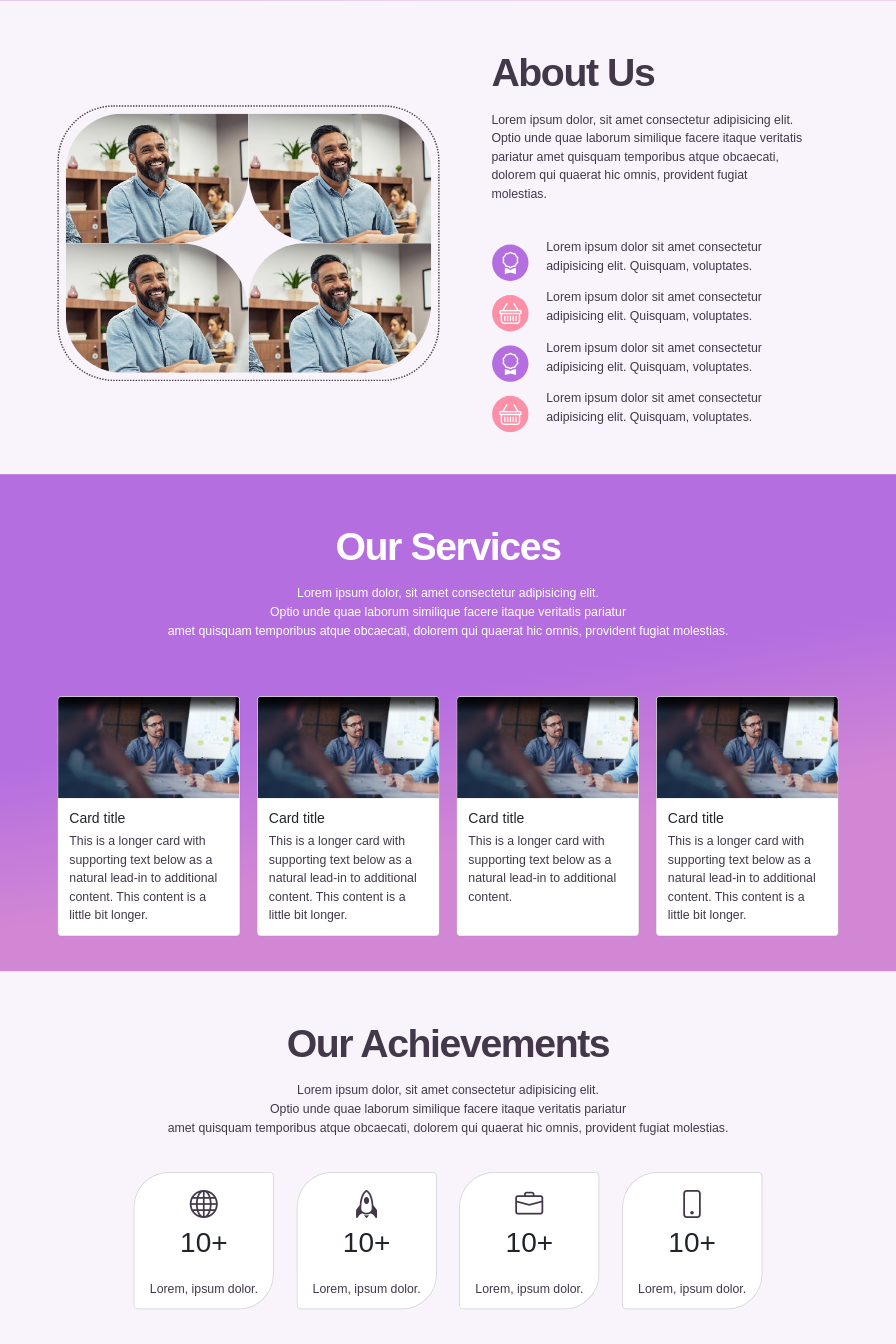
Repository: tagnam/project27012025
Page: index.html
These files come from the project's save history. The page is drawn as it stood at one moment and after the next save; the edit follows.
The browser window is 1280 px wide. The pictures show the part of the page from y = 739 to 2659 px (the page is 2659 px tall before and 2649 px after), at 70% of full size.

Above is the page before, as saved 2025-01-28 12:26:38.

After the next save:
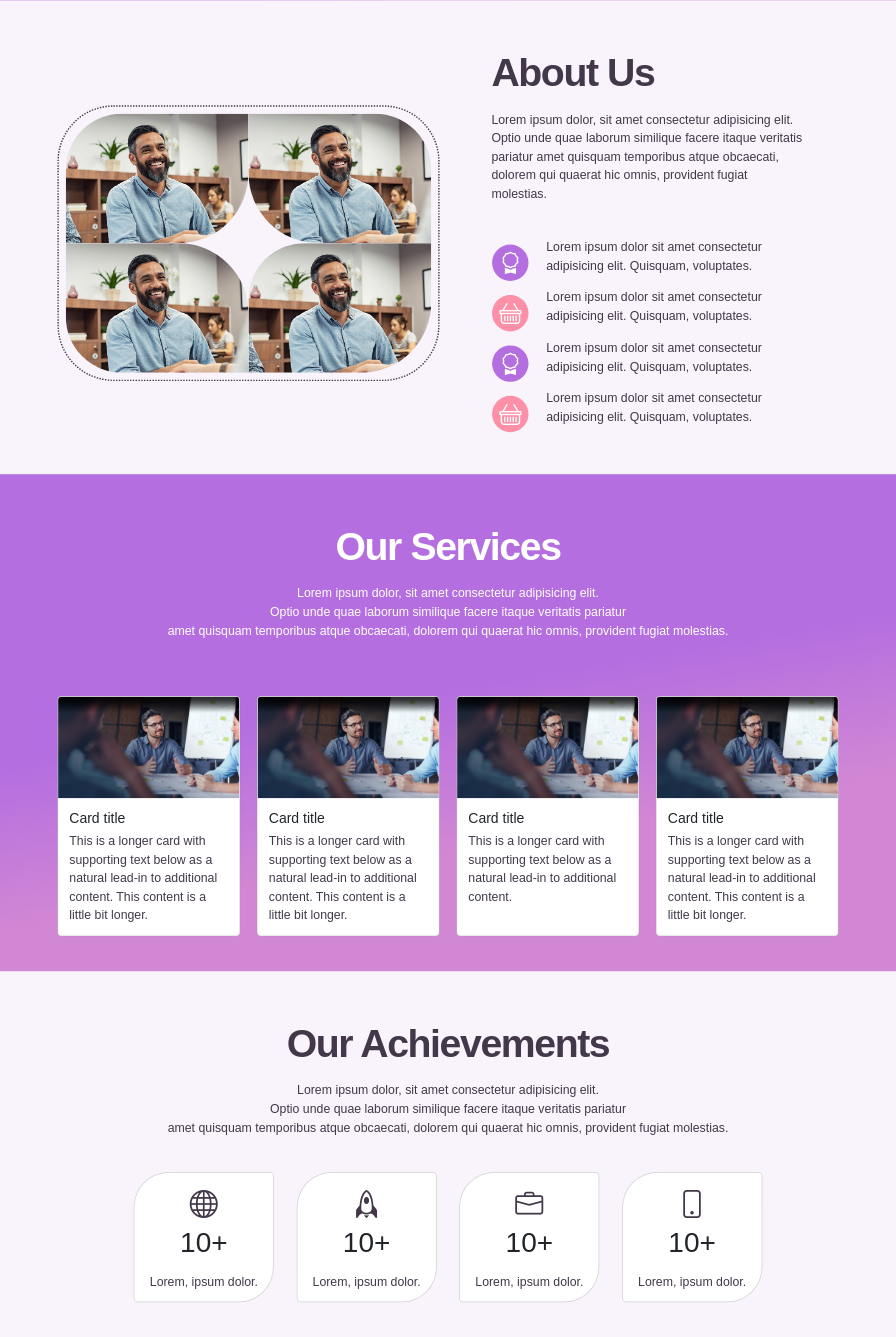
Saved 20 s later.
--- a/style/css/index.css
+++ b/style/css/index.css
@@ -226,6 +226,6 @@ width: 100%;
 }
 
 .counter-text{
-    margin-top: 30px;
-
-}
+    margin-top: 20px;
+
+}
